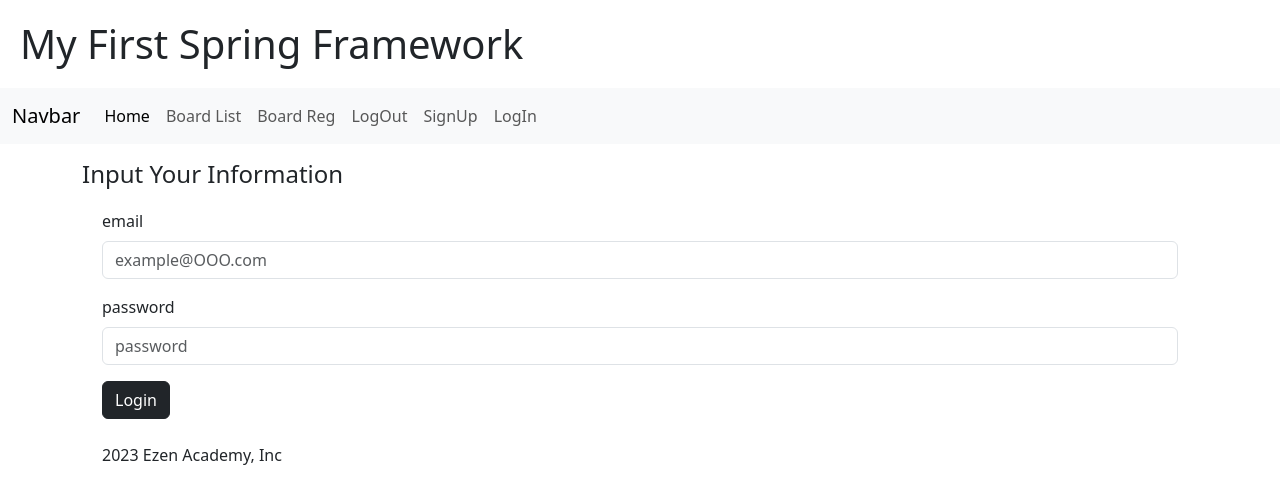
Repository: dhalfks/240115SpringProject
Page: http://localhost/spring_test2/WEB-INF/views/member/login.jsp
The author's editor kept a copy of each file at every save. The page is drawn from the files as they stood at one save, then again after the next save.
The browser window is 1280 px wide. The pictures show the whole page.
The page is served by Tomcat 9. Nobody is signed in. The template is opened directly, without the code that normally fills it, so the values that code supplies are empty.

Above is the page before, as saved 2024-01-15 04:15:11.

After the next save:
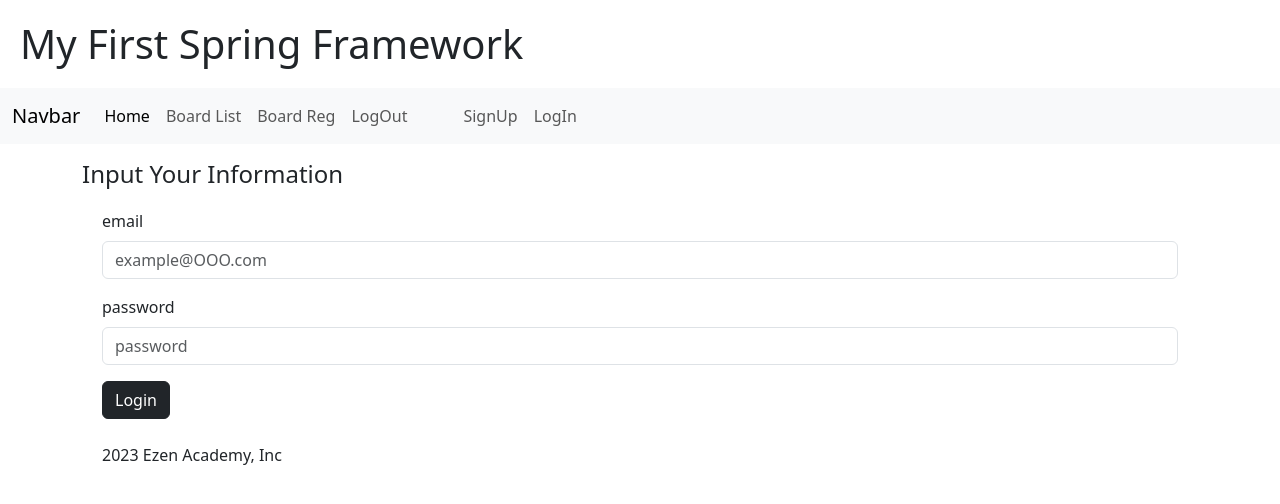
Saved 28 s later.
--- a/spring_test2/src/main/webapp/WEB-INF/views/layout/nav.jsp
+++ b/spring_test2/src/main/webapp/WEB-INF/views/layout/nav.jsp
@@ -25,6 +25,9 @@
         <li class="nav-item">
 	        <a class="nav-link" href="" id="logoutLink">LogOut</a>
         </li>
+        <form action="/member/logout" method="post">
+
+        </form>
         <li class="nav-item">
           <a class="nav-link" href="/member/register">SignUp</a>
         </li>
